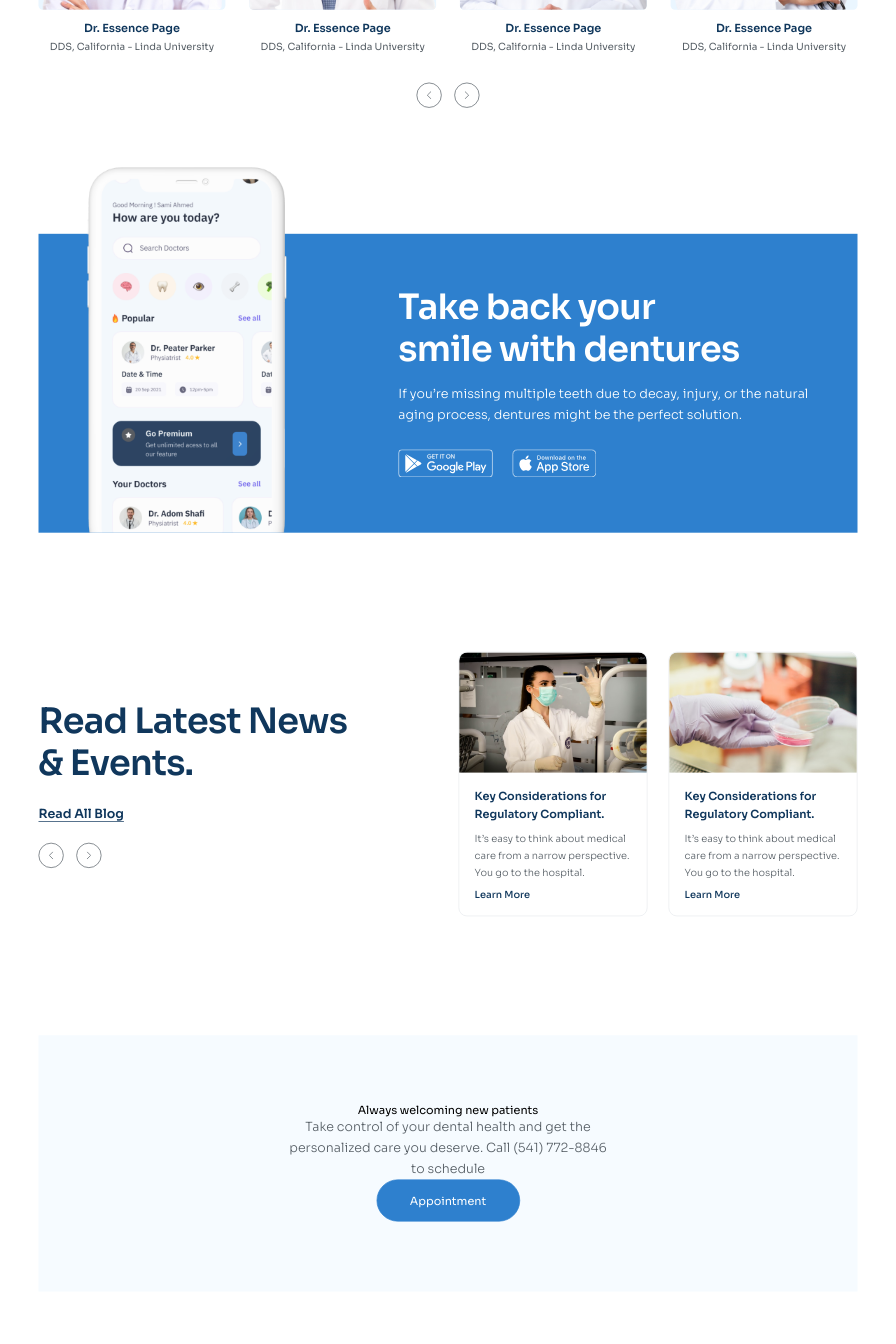
Repository: han2003dz/f8-project-03
Page: index.html
The author's editor kept a copy of each file at every save. The page is drawn from the files as they stood at one save, then again after the next save.
The browser window is 1280 px wide. The pictures show the part of the page from y = 4080 to 6000 px (the page is 6000 px tall), at 70% of full size.

Above is the page before, as saved 2023-05-08 17:48:20.

After the next save:
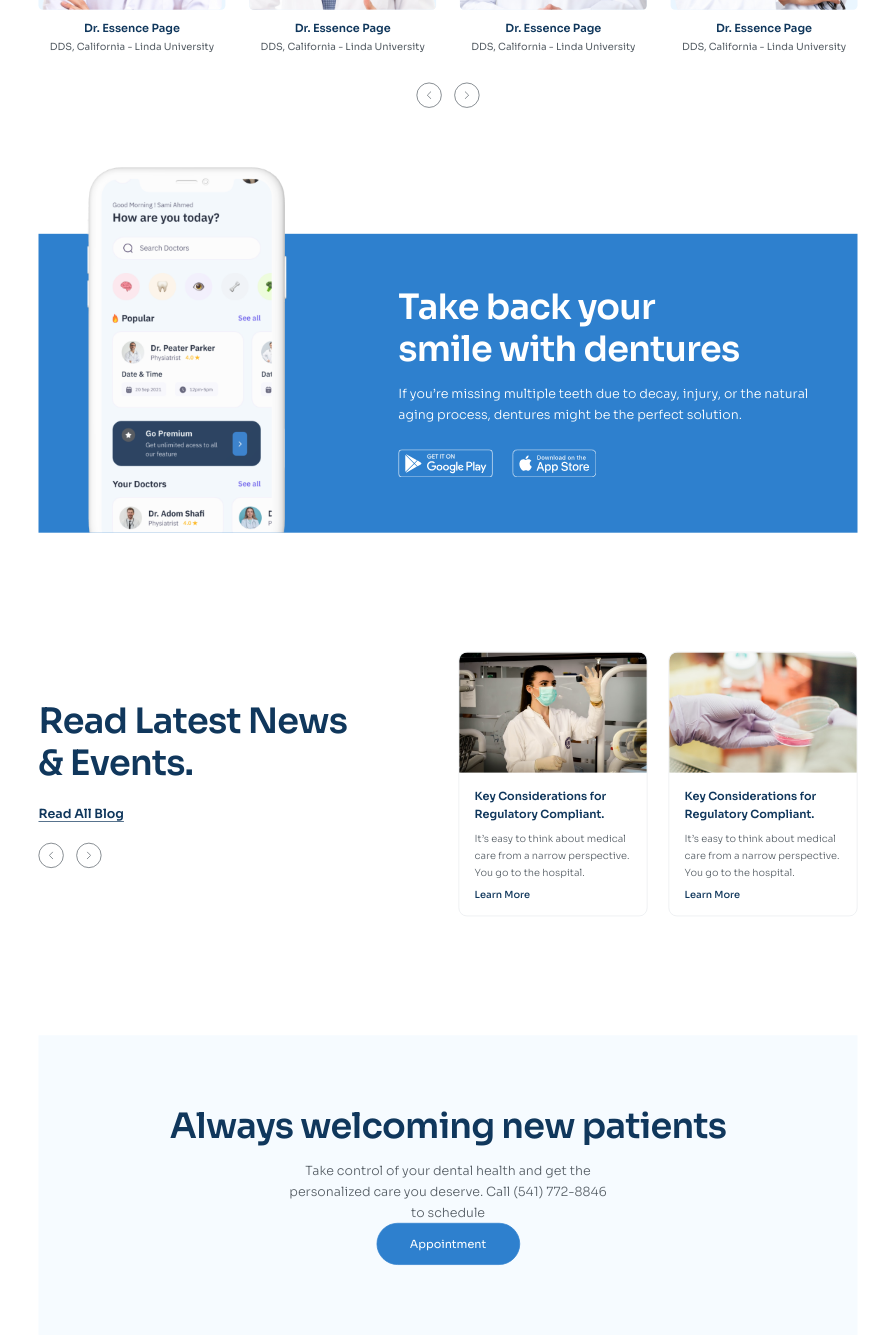
Saved 4 s later.
--- a/index.html
+++ b/index.html
@@ -364,7 +364,7 @@
         <section class="appointment">
             <div class="container">
                 <div class="appointment__inner">
-                    <h2 class="appointsection-heading">
+                    <h2 class="appointment-heading section-heading">
                         Always welcoming new patients
                     </h2>
                     <p class="section-desc">Take control of your dental health and get the personalized care you
